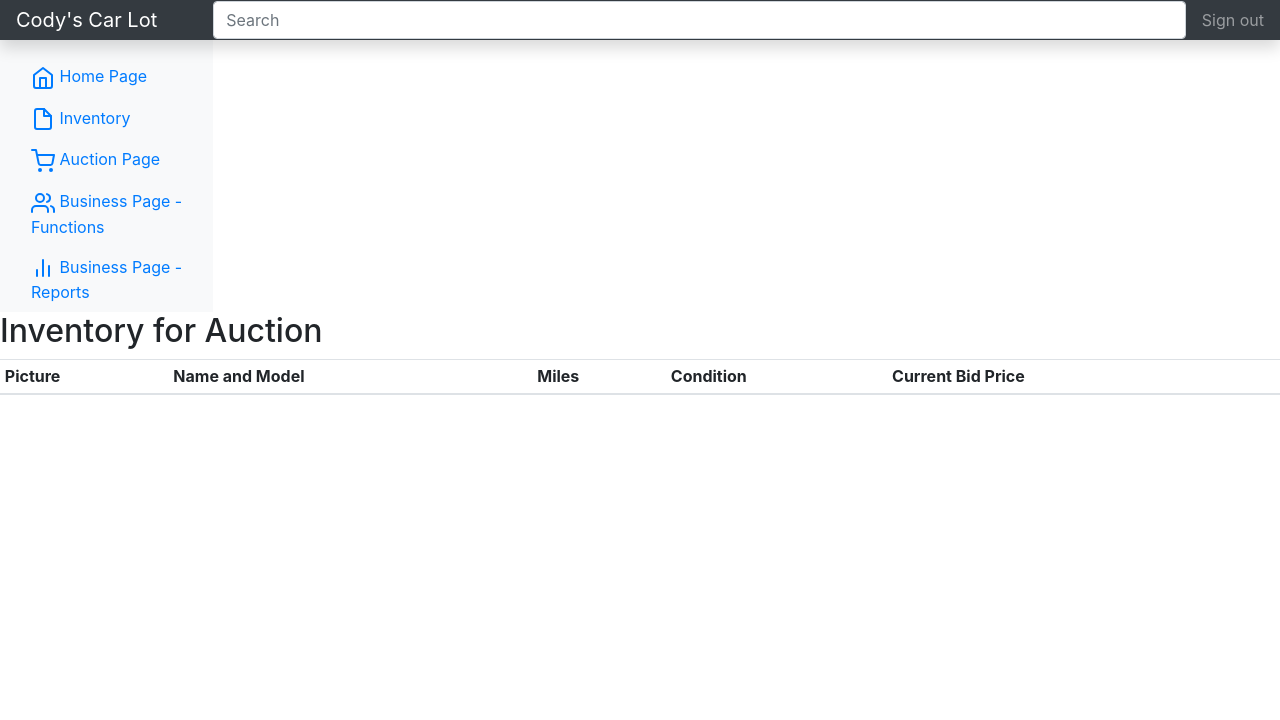
Repository: CodyHogge/CarDealershipProject
Page: http://localhost/CarDealershipProject/booted_auction.jsp
These files come from the project's save history. The page is drawn as it stood at one moment and after the next save; the edit follows.
The browser window is 1280 px wide. The pictures show the whole page.
The page is served by Tomcat 9. The template is opened directly, without the code that normally fills it, so the values that code supplies are empty.

Above is the page before, as saved 2020-09-16 15:51:13.

After the next save:
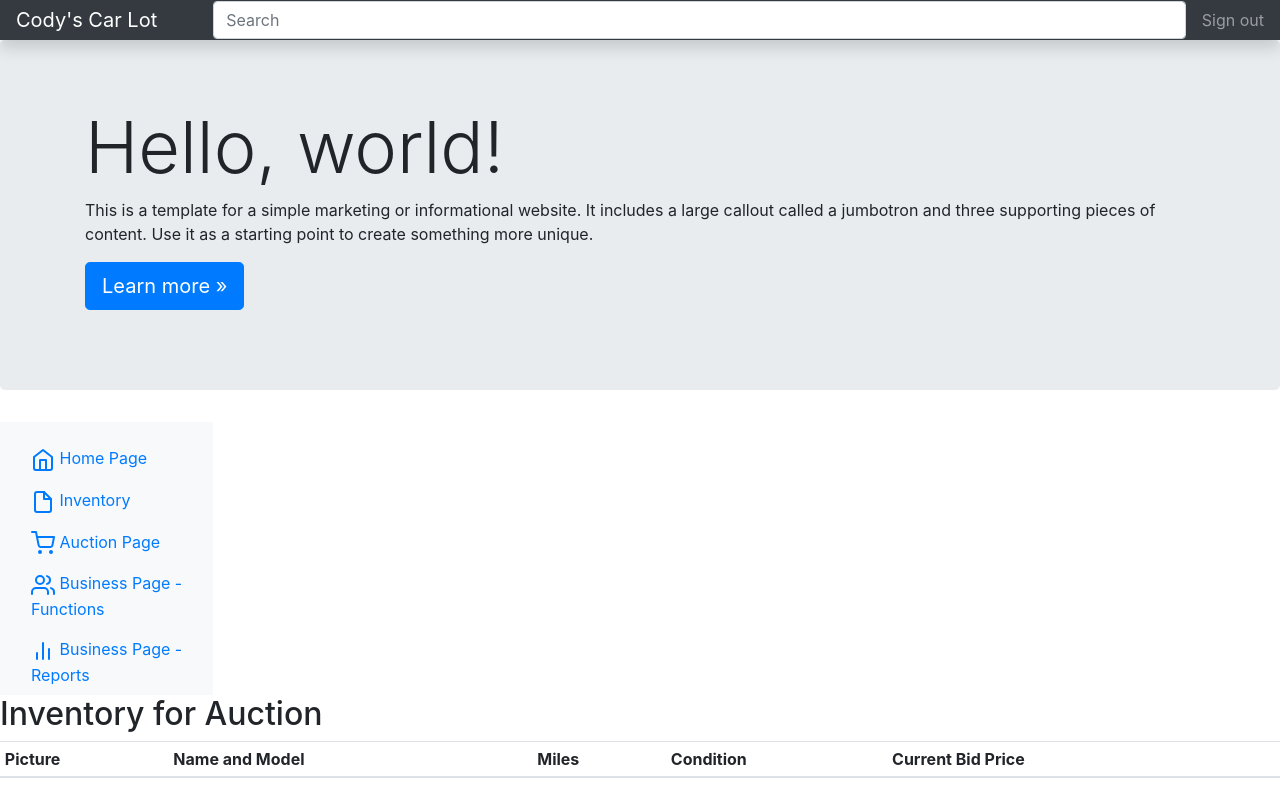
Saved 50 s later.
--- a/CarDealershipProject/WebContent/booted_auction.jsp
+++ b/CarDealershipProject/WebContent/booted_auction.jsp
@@ -22,6 +22,17 @@
     		</li>
   		</ul>
 	</nav>
+
+	<div class="jumbotron">
+    <div class="container">
+      <h1 class="display-3">Hello, world!</h1>
+      <p>This is a template for a simple marketing or informational website. It includes a large callout called a jumbotron and three supporting pieces of content. Use it as a starting point to create something more unique.</p>
+      <p><a class="btn btn-primary btn-lg" href="#" role="button">Learn more »</a></p>
+    </div>
+  	</div>
+
+
+
 	<div class="container-fluid">
   		<div class="row">
     		<nav id="sidebarMenu" class="col-md-3 col-lg-2 d-md-block bg-light sidebar collapse show" style="">
